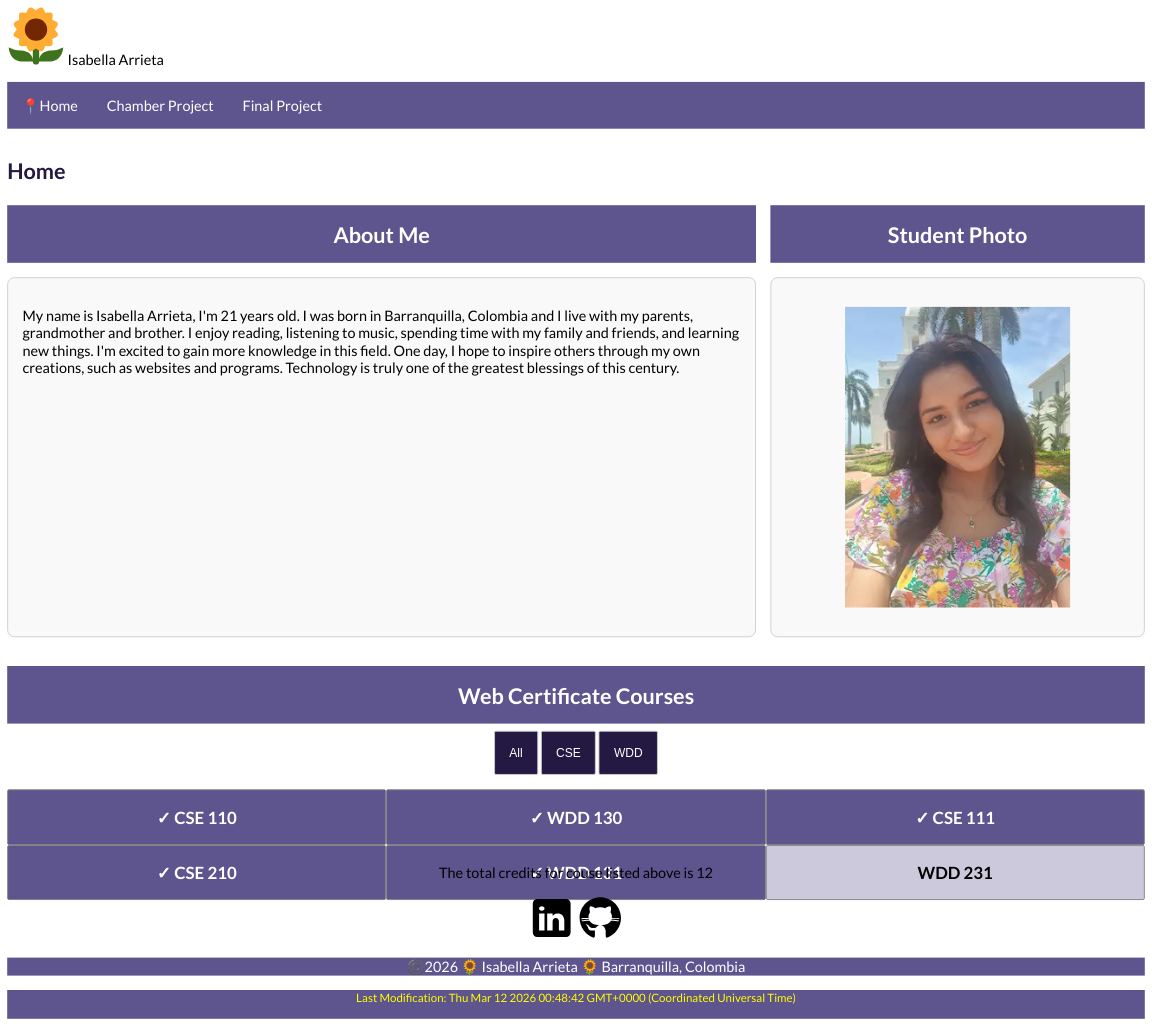
Repository: isaAJ05/wdd231
Page: index.html
These files come from the project's save history. The page is drawn as it stood at one moment and after the next save; the edit follows.
The browser window is 1280 px wide. The pictures show the whole page, at 90% of full size.
Some web fonts or font styles are not loaded; a fallback is used.

Above is the page before, as saved 2026-06-30 00:02:12.

After the next save:
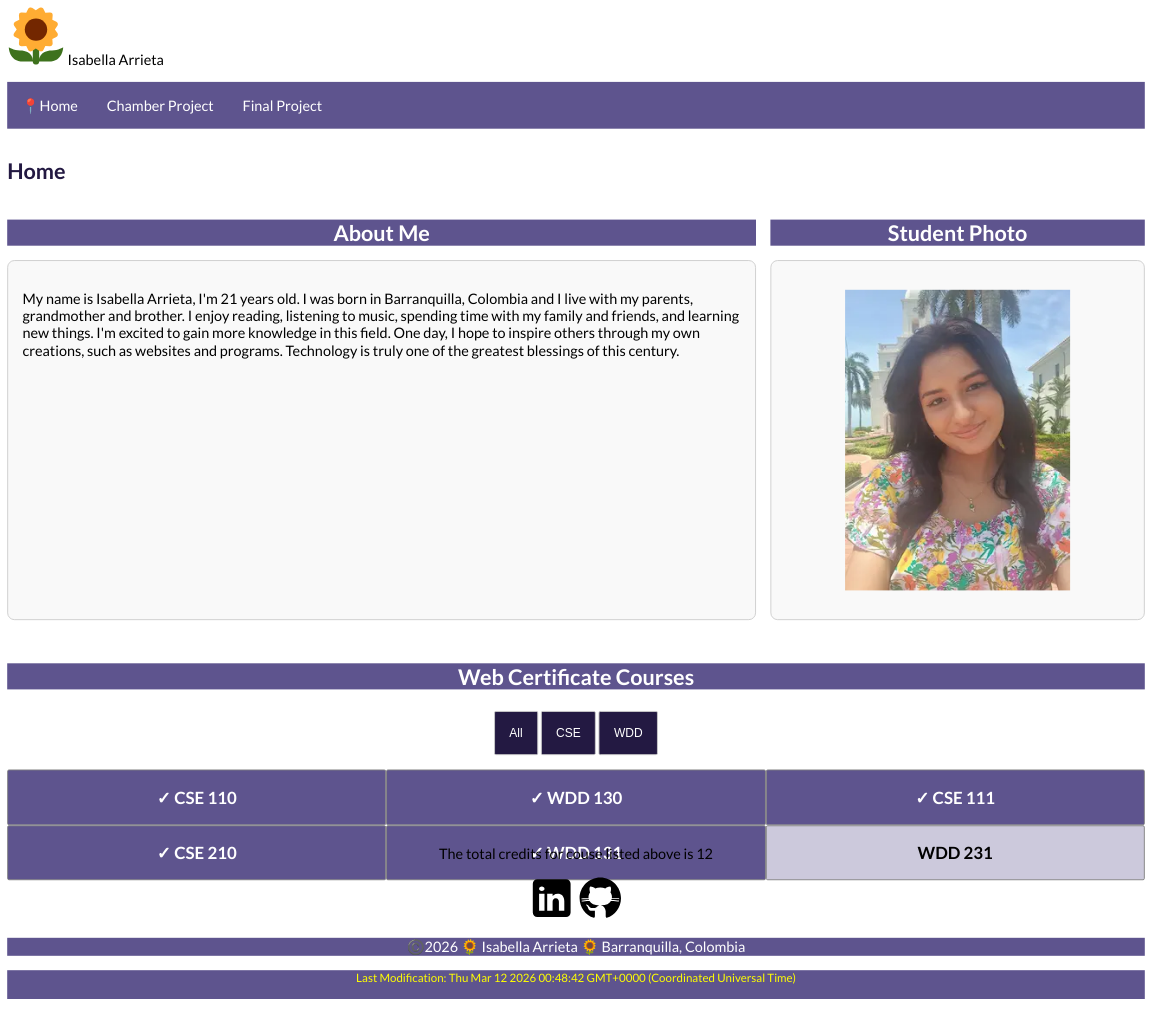
Saved 26 s later.
--- a/styles/normalize.css
+++ b/styles/normalize.css
@@ -98,7 +98,6 @@ nav {
 
 
 .rectangle{
-	padding: 0.1rem;
 	background-color: var(--secondary-color);
 
 }
